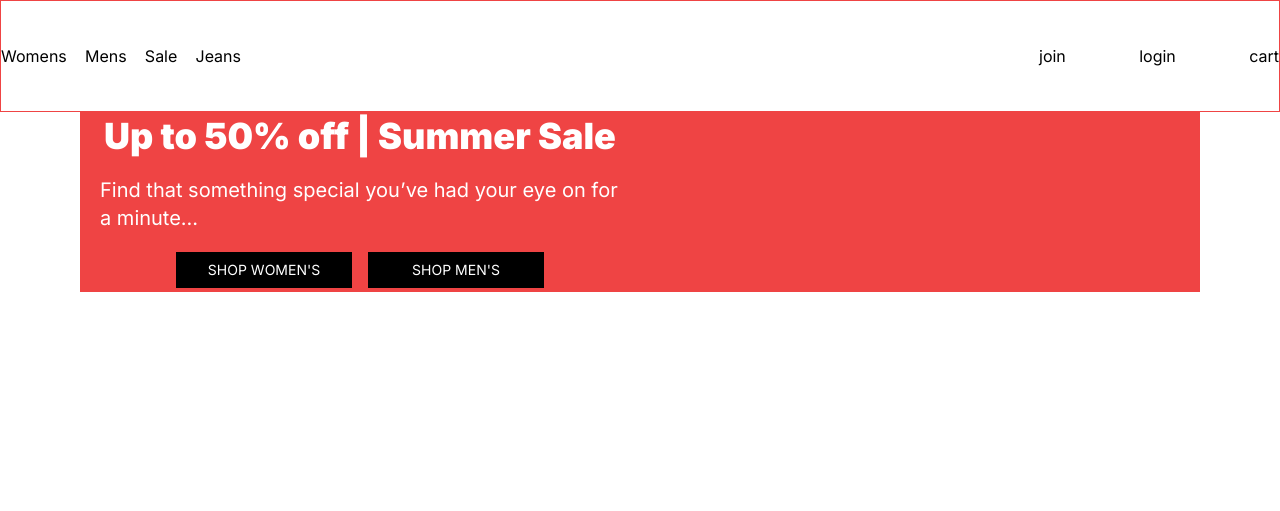
Repository: harrywebb21/stil-clothing
Page: /
These files come from the project's save history. The page is drawn as it stood at one moment and after the next save; the edit follows.
The browser window is 1280 px wide. The pictures show the whole page.
The project was rebuilt for these pictures with package versions that can differ from the ones it lists, and the page was loaded fresh each time. The framework's server and built-in components were replaced by stand-ins that run in the browser. Also part of the build but not shown: next.config.js.

Above is the page before, as saved 2023-06-08 16:25:13.

### src/app/page.js
"use client";
import Image from "next/image";
import AfterSun from "./components/AfterSun";
import Navbar from "./components/Navbar";
import SaleBox from "./components/SaleBox";

export default function Home() {
  return (
    <div>
      <Navbar />
      <div className="flex justify-center items-center px-20">
        <SaleBox />
        <AfterSun />
      </div>
    </div>
  );
}

### src/app/components/AfterSun.js
export default function AfterSun() {
  return (
    <div className="flex flex-col justify-center items-center h-[180px] bg-red-500 text-white w-screen gap-5 p-5">
      <image src="https://lp.weekday.com/app006prod?set=width[1280],quality[90],options[limit]&source=url[https://www.weekday.com/content/dam/Weekday/startpage-content/2023/wk21/SP_Hero1_Summer_Desktop.jpg]&scale=width[global.width],height[15000],options[global.options]&sink=format[webp],quality[global.quality]"></image>
    </div>
  );
}

### src/app/components/Navbar.js
export default function Navbar() {
  return (
    <div className=" border border-red-500 h-28 flex justify-between items-center sticky t-0 l-0 w-screen">
      <ul className=" flex justify-between w-60">
        <li>
          <a href="/womens">Womens</a>
        </li>
        <li>
          <a href="/mens">Mens</a>
        </li>
        <li>
          <a href="/sale">Sale</a>
        </li>
        <li>
          <a href="/jeans">Jeans</a>
        </li>
      </ul>

      <ul className="flex justify-between w-60">
        <li>
          <a href="/join">join</a>
        </li>
        <li>
          <a href="/login">login</a>
        </li>
        <li>
          <a href="/cart">cart</a>
        </li>
      </ul>
    </div>
  );
}

### src/app/components/SaleBox.js
export default function SaleBox() {
  return (
    <div className="flex flex-col justify-center items-center h-[180px] bg-red-500 text-white w-screen gap-5 p-5">
      <h1 className=" text-4xl font-black"> Up to 50% off | Summer Sale</h1>
      <p className=" text-xl">
        Find that something special you’ve had your eye on for a minute…
      </p>
      <div className="gap-4 flex">
        <button className="bg-black text-white px-4 py-2 text-center  w-44 text-sm">
          SHOP WOMEN'S
        </button>
        <button className="bg-black text-white px-4 py-2  text-center w-44 text-sm">
          SHOP MEN'S
        </button>
      </div>
    </div>
  );
}

Loaded but not shown: src/app/layout.js (common file); src/app/globals.css (common file); tailwind.config.js (common file)

After the next save:
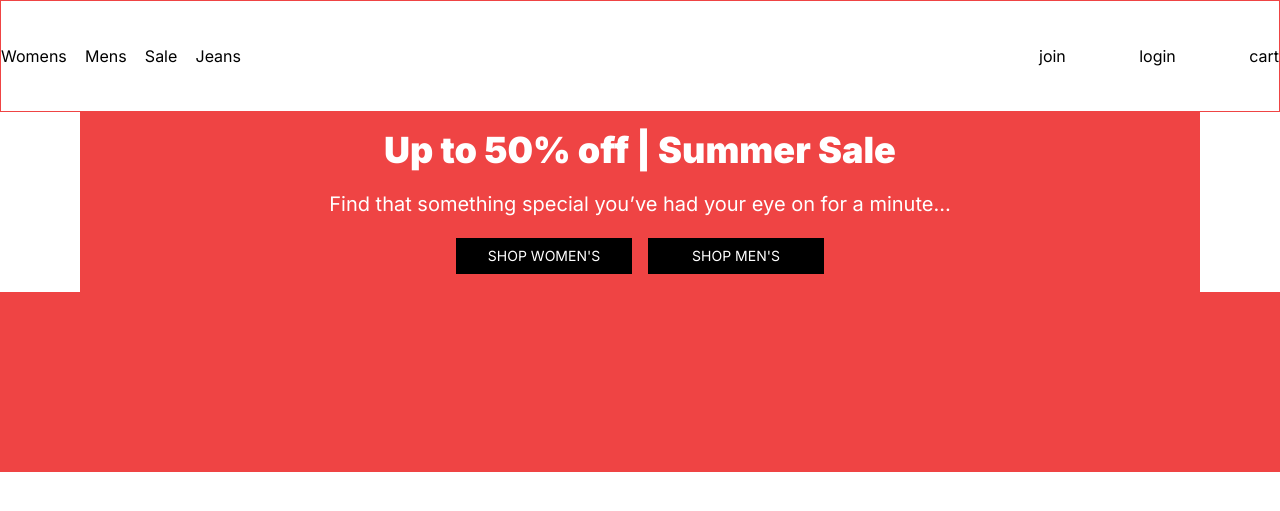
Saved 33 s later.
--- a/src/app/page.js
+++ b/src/app/page.js
@@ -10,8 +10,8 @@ export default function Home() {
       <Navbar />
       <div className="flex justify-center items-center px-20">
         <SaleBox />
-        <AfterSun />
       </div>
+      <AfterSun />
     </div>
   );
 }
